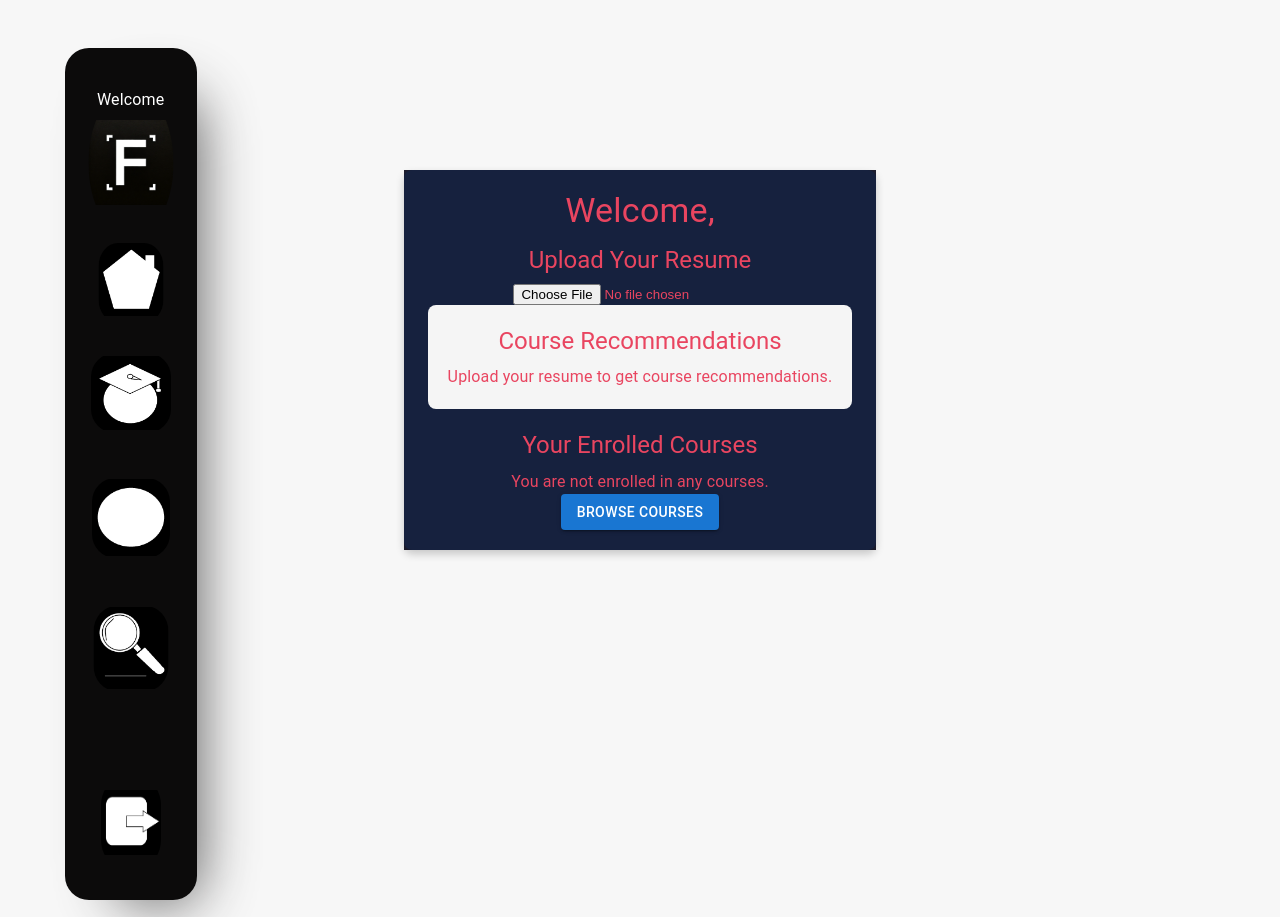
Repository: jvt2/OnlineCourseApp
Page: /dashboard
The author's editor kept a copy of each file at every save. The page is drawn from the files as they stood at one save, then again after the next save.
The browser window is 1280 px wide. The pictures show the whole page.
The page's requests for data from a server got no answer. The project was rebuilt for these pictures with package versions that can differ from the ones it lists, and the page was loaded fresh each time. No one was signed in, and anything a server would have sent is missing. Also part of the build but not shown: src/features/auth/Register.js, src/features/auth/Login.js, src/features/courses/ResumeUpload.js, src/features/courses/CourseRecommendations.js, src/components/common/MyModal.js, src/features/courses/CourseCatalog.js, src/features/courses/CourseDetail.js, src/components/common/Navbar.js and 3 more. Imported but missing from the stored project, and not drawn on this page: src/app/reportWebVitals.

Above is the page before, as saved 2024-07-16 10:51:50.

### src/index.js
import React from 'react';
import ReactDOM from 'react-dom/client';
import { Provider } from 'react-redux';
import store from './redux/store';
import './index.css';
import App from './app/App';
import reportWebVitals from './app/reportWebVitals';

const root = ReactDOM.createRoot(document.getElementById('root'));
root.render(
  <React.StrictMode>
    <App />
  </React.StrictMode>
);

// If you want to start measuring performance in your app, pass a function
// to log results (for example: reportWebVitals(console.log))
// or send to an analytics endpoint. Learn more: https://bit.ly/CRA-vitals
reportWebVitals();

### src/redux/store.js
// src/redux/store.js

import { configureStore } from '@reduxjs/toolkit';
import userReducer from './userReducer';

const store = configureStore({
  reducer: {
    user: userReducer,
  },
});

export default store;

### src/redux/userReducer.js
// src/redux/userReducer.js
// src/redux/userReducer.js
import { createSlice } from '@reduxjs/toolkit';

const initialState = {
  id: null,
  email: null,
  token: null,
};

const userSlice = createSlice({
  name: 'user',
  initialState,
  reducers: {
    logIn(state, action) {
      state.id = action.payload.id;
      state.email = action.payload.email;
      state.token = action.payload.token;
    },
    logOut(state) {
      state.id = null;
      state.email = null;
      state.token = null;
    },
  },
});

export const { logIn, logOut } = userSlice.actions;
export default userSlice.reducer;

### src/app/App.css
/* App.css */
:root {
  --primary-bg-color: #1E1E2F;
  --secondary-bg-color: #282840;
  --primary-text-color: #F5F5F5;
  --link-color: #61dafb;
  --accent-color: #FF6B6B;
  --navbar-height: 4rem;
  --content-padding: 20px;
  --border-radius: 8px;
  --transition-duration: 0.3s;
  --gradient-bg-color: linear-gradient(120deg, #84fab0 0%, #8fd3f4 100%);
}

.App {
  text-align: center;
  font-family: 'Arial', sans-serif;
  background-color: var(--primary-bg-color);
}

.App-logo {
  height: 40vmin;
  pointer-events: none;
  filter: drop-shadow(0 0 10px var(--accent-color));
}

.App-header {
  background-color: var(--secondary-bg-color);
  min-height: 100vh;
  display: flex;
  flex-direction: column;
  align-items: center;
  justify-content: center;
  font-size: calc(10px + 2vmin);
  color: var(--primary-text-color);
  border-bottom-left-radius: var(--border-radius);
  border-bottom-right-radius: var(--border-radius);
}

.App-link {
  color: var(--link-color);
  transition: color var(--transition-duration);
}

.App-link:hover {
  color: var(--accent-color);
}

@media (prefers-reduced-motion: no-preference) {
  .App-logo {
    animation: App-logo-spin infinite 20s linear;
  }
}

@keyframes App-logo-spin {
  from {
    transform: rotate(0deg);
  }
  to {
    transform: rotate(360deg);
  }
}

.site-navbar {
  display: flex;
  align-items: center;
  background: var(--gradient-bg-color);
  padding: 10px 20px;
  height: var(--navbar-height);
  font-weight: 500;
  box-shadow: 0 4px 6px rgba(0, 0, 0, 0.1);
}

.navbar-nav {
  display: flex;
  align-items: center;
  list-style: none;
  margin: 0;
  padding: 0;
  flex-grow: 1;
  justify-content: center;
}

.nav-item {
  display: flex;
  align-items: center;
  justify-content: center;
  text-decoration: none;
  color: var(--primary-text-color);
  padding: 15px 25px;
  transition: all 0.3s ease-in-out;
  border-radius: var(--border-radius);
  position: relative;
}

.nav-item:before {
  content: '';
  position: absolute;
  top: 0;
  left: 0;
  width: 0;
  height: 100%;
  background: var(--accent-color);
  border-radius: var(--border-radius);
  transition: width 0.3s ease-in-out;
  z-index: -1;
}

.nav-item:hover:before {
  width: 100%;
}

.nav-item:hover {
  color: var(--secondary-bg-color);
  box-shadow: 0 4px 8px rgba(0, 0, 0, 0.2);
  text-decoration: none;
}

.navbar-brand {
  margin-right: auto;
  color: var(--primary-text-color);
  font-size: 1.5em;
  font-weight: bold;
}

.App-content {
  padding: var(--content-padding);
  color: var(--primary-text-color);
}

.App-footer {
  text-align: center;
  padding: var(--content-padding);
  background-color: var(--secondary-bg-color);
  color: var(--primary-text-color);
  box-shadow: 0 -4px 6px rgba(0, 0, 0, 0.1);
}

.course-recommendations {
  width: 80%;
  margin: auto;
  background: #f9f9f9;
  padding: 20px;
  border-radius: 5px;
  box-shadow: 0px 0px 10px rgba(0, 0, 0, 0.1);
}

.course-recommendations h2 {
  text-align: center;
  color: #333;
}

.course-recommendations .course {
  padding: 10px 0;
  border-bottom: 1px solid #eee;
}

.course-recommendations .course:last-child {
  border-bottom: none;
}

.course-recommendations .course button {
  margin-left: 10px;
}

body {
  background-color: #1a1a2e;
  color: #e94560;
}

.MuiContainer-root {
  background-color: #16213e;
  border-radius: 8px;
  padding: 20px;
  box-shadow: 0 4px 8px rgba(0, 0, 0, 0.2);
}

.customTextField .MuiInputBase-input {
  color: #fff;
  background-color: rgba(255, 255, 255, 0.1);
}

.customTextField .MuiInputLabel-root {
  color: rgba(255, 255, 255, 0.7);
}

.customTextField .MuiInputLabel-root.Mui-focused {
  color: #fff;
}

.customTextField .MuiOutlinedInput-root {
  &.Mui-focused .MuiOutlinedInput-notchedOutline {
    border-color: #fff;
  }
  & .MuiOutlinedInput-notchedOutline {
    border-color: rgba(255, 255, 255, 0.5);
  }
}

### src/features/dashboard/Dashboard.js
// src/features/dashboard/Dashboard.js
import React, { useEffect, useState } from 'react';
import axios from 'axios';
import { useSelector } from 'react-redux';
import { Container, Typography, Button, Box, List, ListItem, ListItemText } from '@mui/material';
import { useNavigate } from 'react-router-dom';
import './Dashboard.css'; // Correct import for CSS

function Dashboard() {
  const [enrolledCourses, setEnrolledCourses] = useState([]);
  const [recommendations, setRecommendations] = useState([]);
  const token = useSelector(state => state.user.token);
  const userId = useSelector(state => state.user.id);
  const userEmail = useSelector(state => state.user.email);
  const navigate = useNavigate();

  useEffect(() => {
    const fetchEnrolledCourses = async () => {
      try {
        const response = await axios.get(`http://localhost:3001/user/${userId}/courses`, {
          headers: { Authorization: `Bearer ${token}` }
        });
        setEnrolledCourses(response.data);
      } catch (error) {
        console.error('Error fetching enrolled courses:', error);
      }
    };

    const fetchRecommendations = async () => {
      try {
        const response = await axios.get(`http://localhost:3001/user/${userId}/recommendations`, {
          headers: { Authorization: `Bearer ${token}` }
        });
        setRecommendations(response.data);
      } catch (error) {
        console.error('Error fetching recommendations:', error);
      }
    };

    fetchEnrolledCourses();
    fetchRecommendations();
  }, [userId, token]);

  const handleResumeUpload = async (event) => {
    const formData = new FormData();
    formData.append('resume', event.target.files[0]);

    try {
      const response = await axios.post('http://localhost:3001/uploadResume', formData, {
        headers: {
          'Content-Type': 'multipart/form-data',
          Authorization: `Bearer ${token}`,
        },
      });
      setRecommendations(response.data.recommendations);
    } catch (error) {
      console.error('Error uploading resume:', error);
    }
  };

  return (
    <Container component="main" maxWidth="md">
      <Box className="sidebar">
        <div className="sidebar-blur"></div>
        <div className="sidebar-main">
          <Typography className="sidebar-logo">Welcome</Typography>
          <div className="sidebar-icon icon-home" onClick={() => navigate('/dashboard')}></div>
          <div className="sidebar-icon icon-graduation"></div>
          <div className="sidebar-icon icon-user"></div>
          <div className="sidebar-icon icon-message"></div>
          <div className="sidebar-icon icon-settings"></div>
          <div className="sidebar-icon icon-logout"></div>
        </div>
      </Box>
      <Box className="dashboard-container">
        <Typography className="dashboard-header" variant="h4" gutterBottom>
          Welcome, {userEmail}
        </Typography>
        <Box className="upload-container">
          <Typography variant="h5" gutterBottom>
            Upload Your Resume
          </Typography>
          <input type="file" onChange={handleResumeUpload} accept=".pdf,.doc,.docx,.txt" />
        </Box>
        <Box className="recommendations-container">
          <Typography variant="h5" gutterBottom>
            Course Recommendations
          </Typography>
          {recommendations.length > 0 ? (
            <List>
              {recommendations.map((rec, index) => (
                <ListItem key={index}>
                  <ListItemText primary={rec.title} secondary={rec.description} />
                </ListItem>
              ))}
            </List>
          ) : (
            <Typography variant="body1">Upload your resume to get course recommendations.</Typography>
          )}
        </Box>
        <Box className="enrolled-courses-container">
          <Typography variant="h5" gutterBottom>
            Your Enrolled Courses
          </Typography>
          {enrolledCourses.length > 0 ? (
            <List>
              {enrolledCourses.map(course => (
                <ListItem key={course.id}>
                  <ListItemText primary={course.name} />
                </ListItem>
              ))}
            </List>
          ) : (
            <Typography variant="body1">You are not enrolled in any courses.</Typography>
          )}
        </Box>
        <Box className="button-container">
          <Button variant="contained" color="primary" onClick={() => navigate('/courses')}>
            Browse Courses
          </Button>
        </Box>
      </Box>
    </Container>


  );
}

export default Dashboard;

### src/features/auth/Logout.js
// Logout.js
import { useEffect } from 'react';
import { useDispatch } from 'react-redux';
import { useNavigate } from 'react-router-dom';
import { logOut } from '../../redux/reducers/userslice'; // Import the logOut action

function Logout() {
  const navigate = useNavigate();
  const dispatch = useDispatch();

  useEffect(() => {
    localStorage.removeItem('token'); // Remove the token from local storage
    dispatch(logOut()); // Dispatch the logOut action
    navigate('/login'); // Navigate to the login page
  }, [dispatch, navigate]);

  return null;
}

export default Logout;

### src/components/common/LandingPage.css
body {
    display: flex;
    justify-content: center;
    align-items: center;
    height: 100vh;
    background-color: #f7f7f7;
    margin: 0;
    font-family: 'Roboto', sans-serif;
  }

  .sign-in-container {
    display: flex;
    justify-content: center;
    align-items: center;
    height: 100%;
    width: 100%;
  }

  .sign-in-form {
    background-color: white;
    padding: 60px;
    border-radius: 10px;
    box-shadow: 0 4px 8px rgba(0, 0, 0, 0.1);
    text-align: center;
    max-width: 600px;
    width: 90%;
  }

  .logo {
    width: 200px;
    height: 200px;
    margin-bottom: 30px;
    background-color: white;
    border-radius: 10px;
  }

  h1 {
    margin: 0;
    font-size: 32px;
    font-weight: 700;
  }

  .subtitle {
    margin: 10px 0;
    color: #555;
    font-size: 18px;
  }

  .google-sign-in {
    background-color: #ffffff;
    color: #000;
    border: 1px solid #ccc;
    padding: 15px;
    width: 100%;
    border-radius: 5px;
    margin-bottom: 30px;
    display: flex;
    justify-content: center;
    align-items: center;
    cursor: pointer;
    font-size: 18px;
    font-weight: 500;
    transition: background-color 0.3s;
  }

  .google-sign-in:hover {
    background-color: #f0f0f0;
  }

  .google-logo {
    width: 25px;
    margin-right: 10px;
  }

  .separator {
    display: flex;
    align-items: center;
    text-align: center;
    margin: 30px 0;
    color: #aaa;
    font-size: 18px;
  }

  .separator::before,
  .separator::after {
    content: '';
    flex: 1;
    border-bottom: 1px solid #ccc;
  }

  .separator:not(:empty)::before {
    margin-right: .5em;
  }

  .separator:not(:empty)::after {
    margin-left: .5em;
  }

  .email-input,
  .password-input {
    width: 100%;
    padding: 15px;
    margin-bottom: 30px;
    border: 1px solid #ccc;
    border-radius: 5px;
    font-size: 18px;
    transition: border-color 0.3s;
  }

  .email-input:focus,
  .password-input:focus {
    border-color: #007bff;
    outline: none;
  }

  .continue-button {
    background-color: #9b51e0;
    color: white;
    border: none;
    padding: 15px;
    width: 100%;
    border-radius: 5px;
    font-size: 18px;
    font-weight: 500;
    cursor: pointer;
    transition: background-color 0.3s;
    margin-bottom: 10px; /* Add margin to separate the buttons */
  }

  .continue-button:hover {
    background-color: #7a3bc0;
  }

  .email-error {
    color: red;
    margin-top: 10px;
    font-size: 14px;
  }


  .back-button {
    background-color: #ccc;
    color: white;
    border: none;
    padding: 15px;
    width: 100%;
    border-radius: 5px;
    font-size: 18px;
    font-weight: 500;
    cursor: pointer;
    transition: background-color 0.3s;
    margin-bottom: 10px; /* Add margin to separate the buttons */
  }

  .back-button:hover {
    background-color: #aaa;
  }

  .sign-up-link {
    margin-top: 30px;
    color: #aaa;
    font-size: 18px;
  }

  .sign-up-link a {
    color: #9b51e0;
    text-decoration: none;
  }

  .sign-up-link a:hover {
    text-decoration: underline;
  }

### src/features/dashboard/Dashboard.css
/* Dashboard CSS */

/* General styles for the dashboard */
/* Add these styles to your existing Dashboard.css */

.dashboard-content {
  margin-left: 160px; /* Adjust based on your sidebar width */
  padding: 20px;
}

.recommendations-container {
  background-color: #f5f5f5;
  border-radius: 8px;
  padding: 20px;
  margin-bottom: 20px;
}

.recommendation-item {
  background-color: white;
  border-radius: 4px;
  padding: 15px;
  margin-bottom: 10px;
  box-shadow: 0 2px 4px rgba(0,0,0,0.1);
}

.recommendation-title {
  font-weight: bold;
  margin-bottom: 5px;
}

.recommendation-description {
  color: #666;
  font-size: 0.9em;
}

.sidebar {
  position: absolute;
  width: 132px;
  height: 853.12px;
  left: 32.34px;
  top: 24.02px;
  display: flex;
  flex-direction: column;
  align-items: center;
  justify-content: space-around; /* Evenly distribute space around the items */
  padding: 20px 0;
}



.sidebar-icon:hover {
  background-color: rgba(255, 255, 255, 0.1);
}


/* Adjust other sidebar styles as needed */

  .sidebar-blur {
    position: absolute;
    width: 81.01px;
    height: 804px;
    left: 83.32px;
    top: 73.14px;
    background: #0C0B0B;
    opacity: 0.7;
    filter: blur(30px);
    border-radius: 24px;
  }

  .sidebar-main {
    position: absolute;
    width: 132px;
    height: 852px;
    left: 32.34px;
    top: 24.02px;
    background: #0C0B0B;
    border-radius: 24px;
  }

  .sidebar-logo {
    position: absolute;
    width: 85px;
    height: 150px;
    left: 74.46px;
    top: 39.67px;
    font-family: 'Baloo Bhai';
    font-style: normal;
    -webkit-text-fill-color: #FFFFFF;
    font-weight: 400;
    font-size: 64px;
    line-height: 102px;
    background-image: url('/public/assets/Designer.png');
    background-size: contain;
    background-position: center;
    background-repeat: no-repeat;
    border-radius: 70%;
    position: absolute;
    left: 50%;
    transform: translateX(-50%);
    margin-bottom: 40px; /* Adjust as needed */
  }

  .sidebar-icon {
    position: absolute;
    width: 26px;
    height: 26px;
    left: 85.15px;
    margin-bottom: 30px; /* Adjust as needed */
  }

  .sidebar-icon.icon-home {
    width: 65px;
    height: 80px;
    background-image: url('/public/assets/home_I.png');
    border-radius: 30%;
    position: absolute;
    left: 50%;
    transform: translateX(-50%);
    background-size: contain;
    background-repeat: no-repeat;
    top:22.84%;
  }

  .icon-graduation {
    top: 35.84%;
    width: 80px;
    height: 80px;
    background-position: center;
    background-image: url('/public/assets/enroll.png');
    border-radius: 30%;
    position: absolute;
    left: 50%;
    transform: translateX(-50%);
    background-size: contain;
    background-repeat: no-repeat;
  }

  .icon-user {
    top: 50.46%;
    width: 78px;
    height: 80px;
    background-position: center;
    background-position: center;
    background-image: url('/public/assets/user.png');
    border-radius: 30%;
    position: absolute;
    left: 50%;
    transform: translateX(-50%);
    background-size: contain;
    background-repeat: no-repeat;

  }

  .icon-message {
    top: 65.44%;
    width: 75px;
    height: 85px;
    background-position: center;
    background-image: url('/public/assets/search.png');
    border-radius: 30%;
    position: absolute;
    left: 50%;
    transform: translateX(-50%);
    background-size: contain;
    background-repeat: no-repeat;

  }

  .icon-settings {
    top: 62.11%;
  }

  .icon-logout {
    top: 85.95%;
    background-position: center;
    width: 60px;
    height: 85px;
    background-position: center;
    background-image: url('/public/assets/logout.png');
    border-radius: 30%;
    position: absolute;
    left: 50%;
    transform: translateX(-50%);
    background-size: contain;
    background-repeat: no-repeat;
  }

  .icon-background {
    background: #FFFFFF;
    background-position: center;
  }

### src/redux/reducers/userslice.js
import { createSlice } from '@reduxjs/toolkit';

const userSlice = createSlice({
  name: 'user',
  initialState: { name: '', loggedIn: false },
  reducers: {
    logIn: (state, action) => {
      state.name = action.payload.name;
      state.loggedIn = true;
    },
    logOut: (state) => {
      state.name = '';
      state.loggedIn = false;
    }
  }
});

export const { logIn, logOut } = userSlice.actions;
export default userSlice.reducer;

Loaded but not shown: public/index.html (common file); src/index.css (common file); src/app/App.js (101 lines, source omitted)

After the next save:
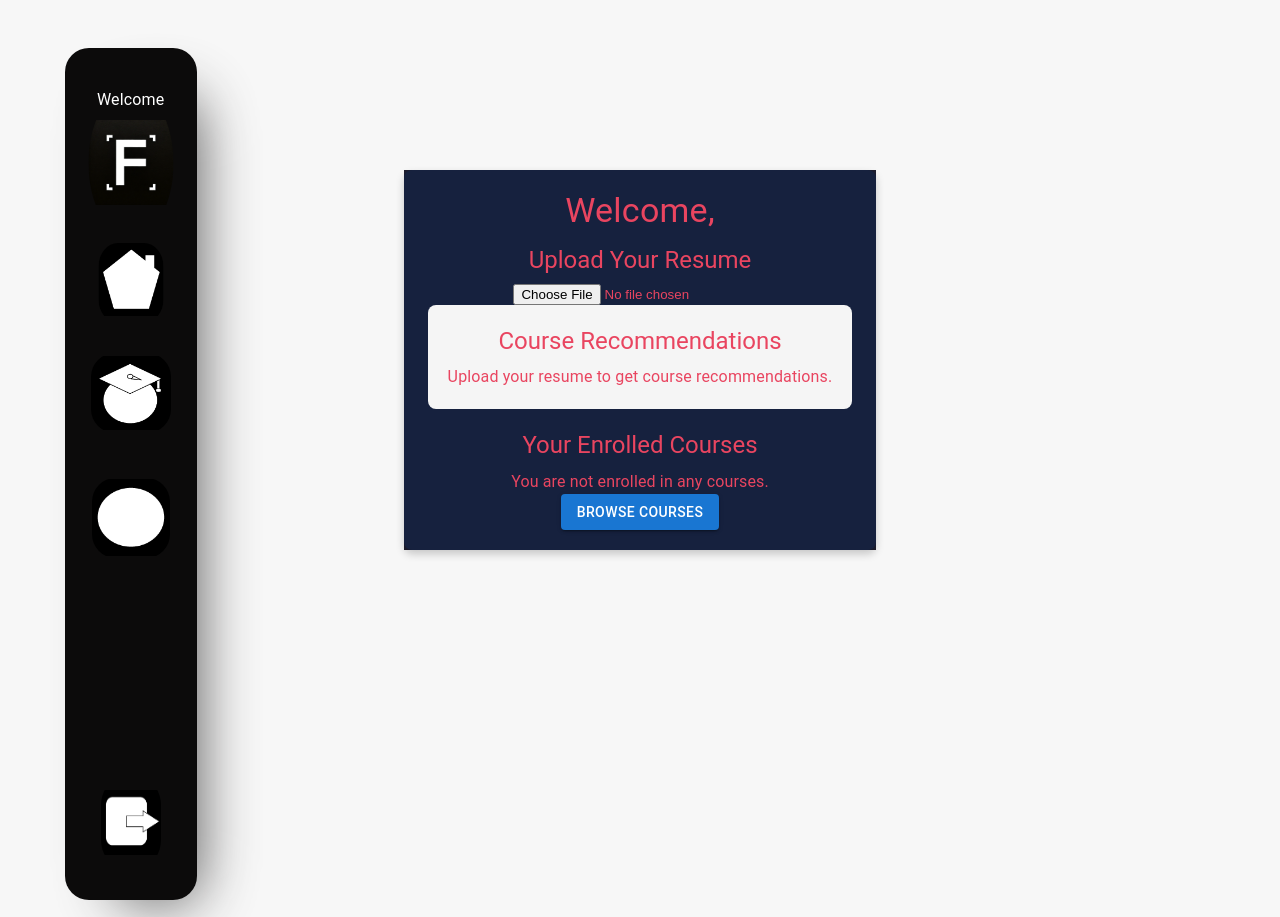
Saved 29 min 13 s later.
--- a/src/features/dashboard/Dashboard.css
+++ b/src/features/dashboard/Dashboard.css
@@ -151,7 +151,7 @@
 
   }
 
-  .icon-message {
+  .icon-search {
     top: 65.44%;
     width: 75px;
     height: 85px;

After the save that followed:
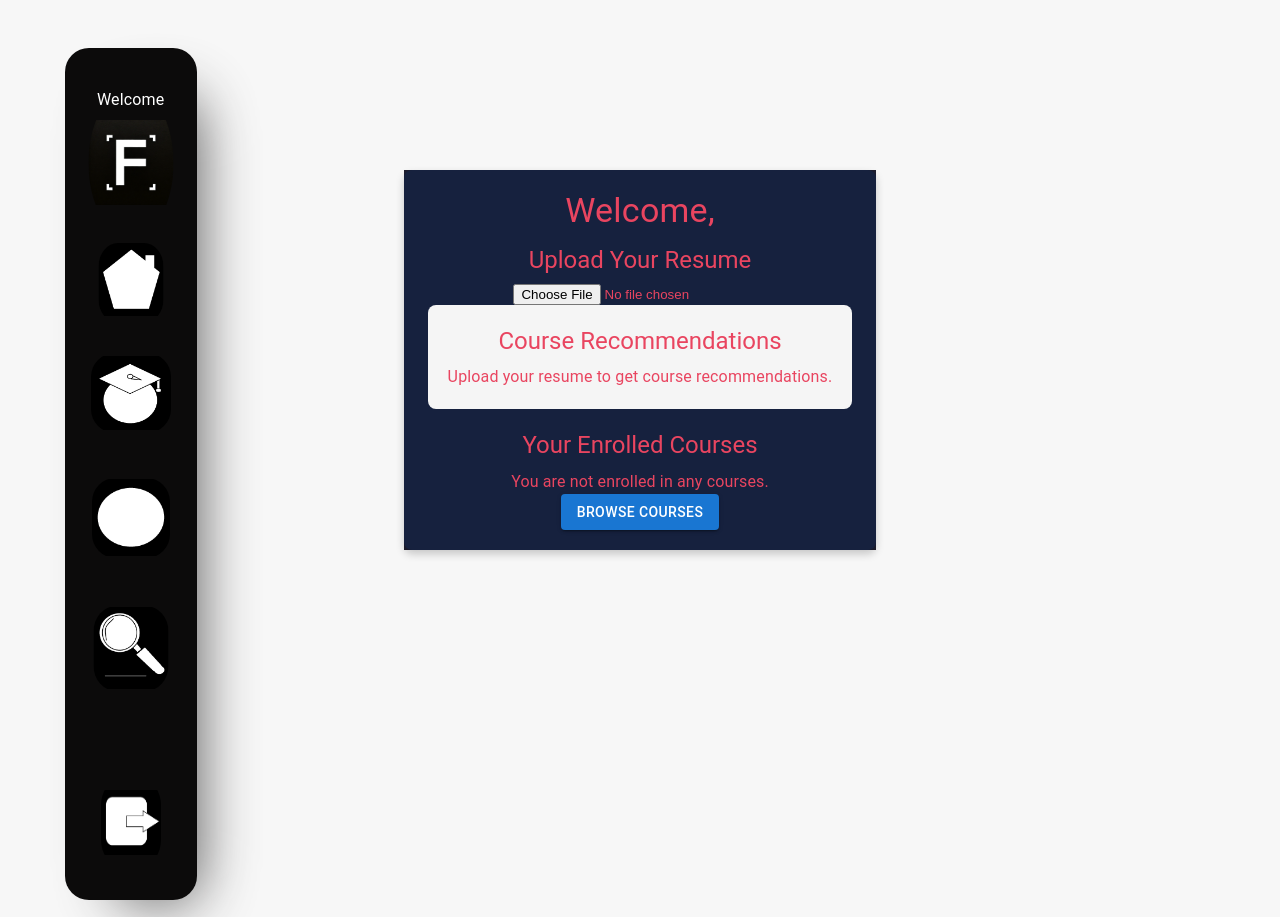
Saved 28 s later.
--- a/src/features/dashboard/Dashboard.js
+++ b/src/features/dashboard/Dashboard.js
@@ -67,7 +67,7 @@ function Dashboard() {
           <div className="sidebar-icon icon-home" onClick={() => navigate('/dashboard')}></div>
           <div className="sidebar-icon icon-graduation"></div>
           <div className="sidebar-icon icon-user"></div>
-          <div className="sidebar-icon icon-message"></div>
+          <div className="sidebar-icon icon-search"></div>
           <div className="sidebar-icon icon-settings"></div>
           <div className="sidebar-icon icon-logout"></div>
         </div>
